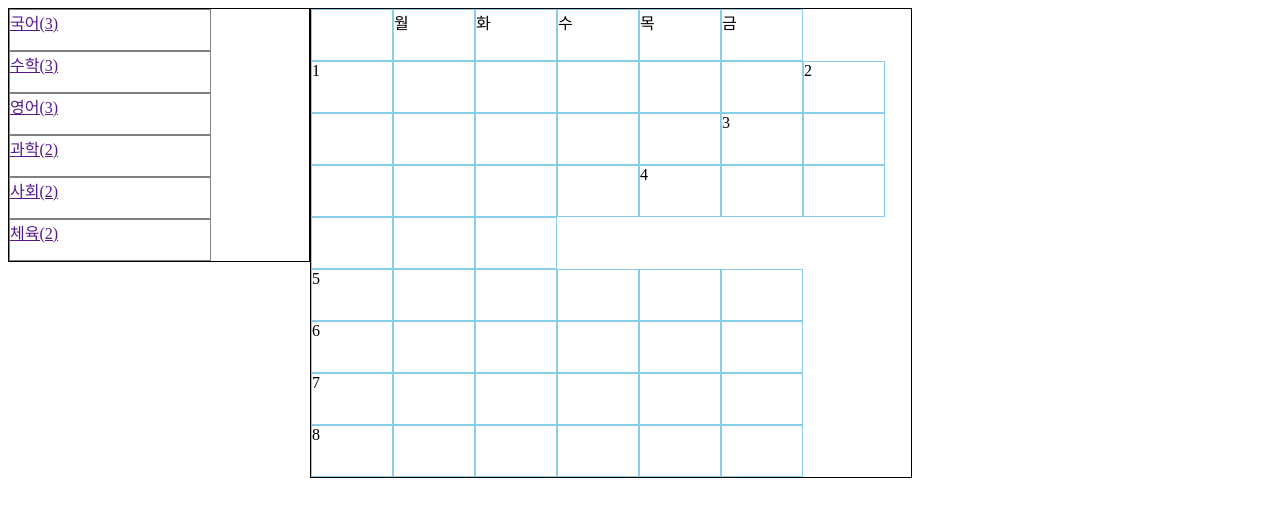
Repository: sh91c/jsp
Page: http://localhost/200701_SCORES/dragndrop/dragndrap_time.jsp
The author's editor kept a copy of each file at every save. The page is drawn from the files as they stood at one save, then again after the next save.
The browser window is 1280 px wide. The pictures show the whole page.
Some web libraries are served in a nearby version. The page is served by Tomcat 9.

Above is the page before, as saved 2020-07-10 06:28:09.

After the next save:
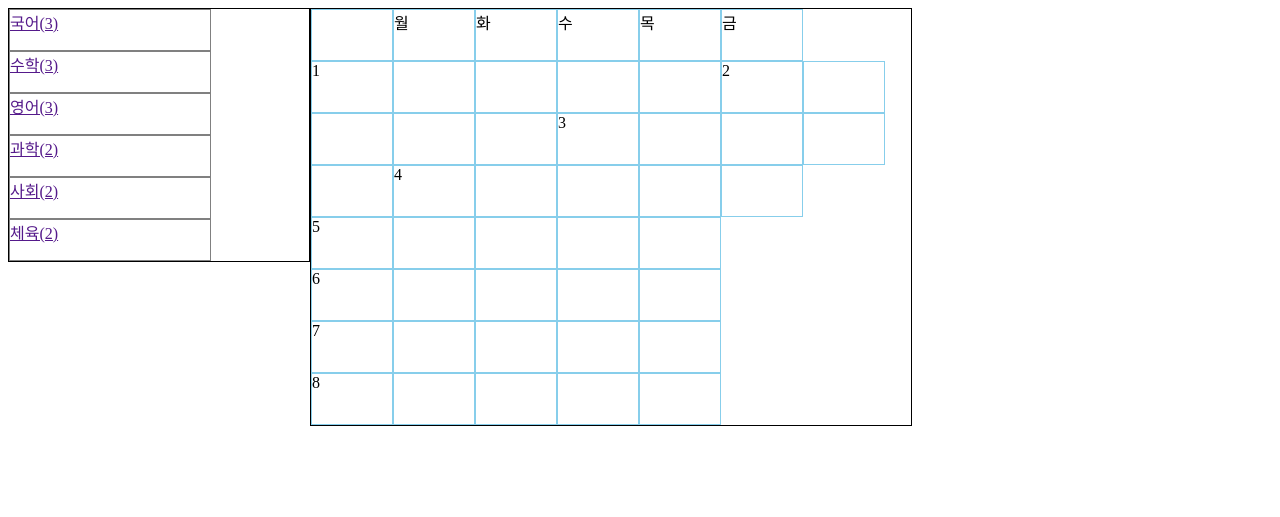
Saved 44 s later.
--- a/200701_SCORES/WebContent/dragndrop/dragndrap_time.jsp
+++ b/200701_SCORES/WebContent/dragndrop/dragndrap_time.jsp
@@ -41,7 +41,6 @@
 				<div class="col"></div>
 				<div class="col"></div>
 				<div class="col"></div>
-				<div class="col"></div>
 			</div>
 			<div>
 				<div class="col">2</div>
@@ -49,7 +48,7 @@
 				<div class="col"></div>
 				<div class="col"></div>
 				<div class="col"></div>
-				<div class="col"></div>
+
 			</div>
 			<div>
 				<div class="col">3</div>
@@ -57,7 +56,7 @@
 				<div class="col"></div>
 				<div class="col"></div>
 				<div class="col"></div>
-				<div class="col"></div>
+
 			</div>
 			<div>
 				<div class="col">4</div>
@@ -65,7 +64,7 @@
 				<div class="col"></div>
 				<div class="col"></div>
 				<div class="col"></div>
-				<div class="col"></div>
+
 			</div>
 			<div class="row">
 				<div class="col">5</div>
@@ -73,7 +72,7 @@
 				<div class="col"></div>
 				<div class="col"></div>
 				<div class="col"></div>
-				<div class="col"></div>
+
 			</div>
 			<div class="row">
 				<div class="col">6</div>
@@ -81,7 +80,7 @@
 				<div class="col"></div>
 				<div class="col"></div>
 				<div class="col"></div>
-				<div class="col"></div>
+
 			</div>
 			<div class="row">
 				<div class="col">7</div>
@@ -89,7 +88,7 @@
 				<div class="col"></div>
 				<div class="col"></div>
 				<div class="col"></div>
-				<div class="col"></div>
+
 			</div>
 			<div class="row">
 				<div class="col">8</div>
@@ -97,7 +96,7 @@
 				<div class="col"></div>
 				<div class="col"></div>
 				<div class="col"></div>
-				<div class="col"></div>
+
 			</div>
 		</div>
 	</div>
